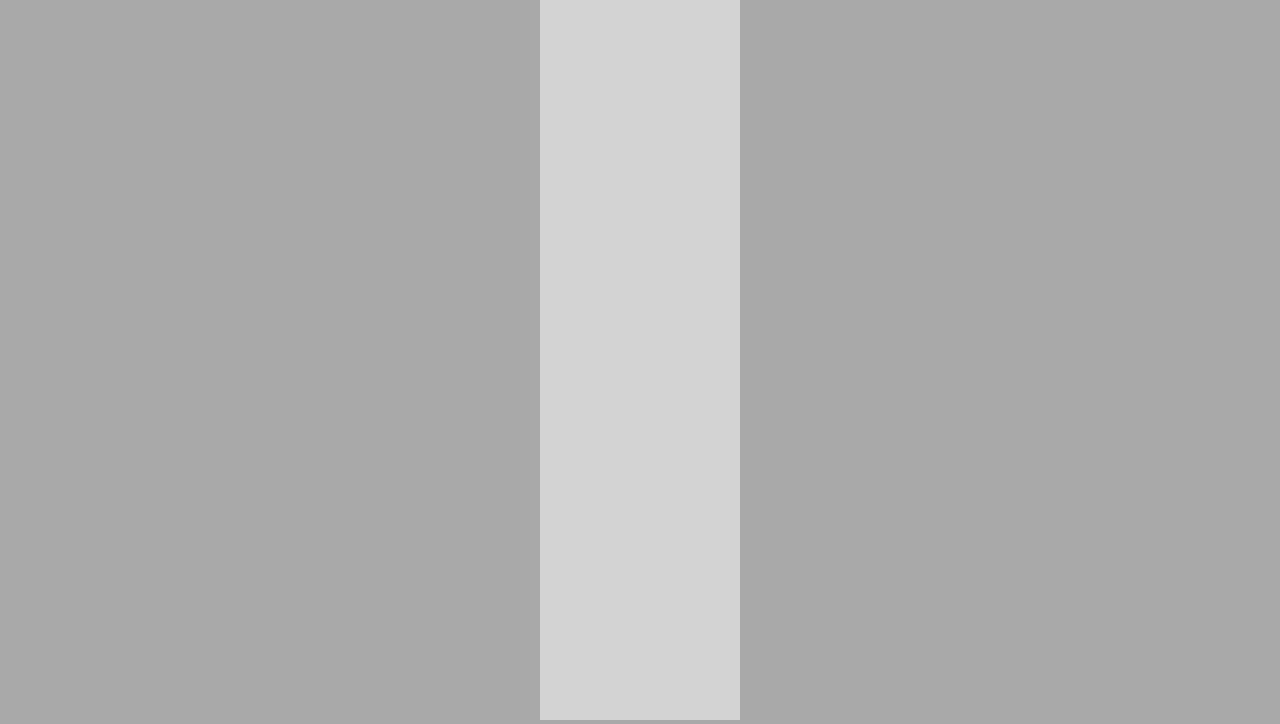
Repository: anonymous1508/Free_roam_car
Page: index.html
An editor plug-in stored every save of this project. The page is shown before and after the next save, followed by the edit.
The browser window is 1280 px wide. The pictures show the whole page.

Above is the page before, as saved 2023-09-03 10:13:42.
Console error: ReferenceError: Car is not defined

### index.html
<!DOCTYPE html>
<html lang="en">
<head>
    <meta charset="UTF-8">
    <meta name="viewport" content="width=device-width, initial-scale=1.0">
    <link rel="stylesheet" href="style.css">
    <title>car-driving</title>
</head>
<body>
    <canvas id="myCanvas"></canvas>


 <script src="main.js"></script>
 <script src="car.js"></script>

</body>
</html>

### style.css
body{
    margin:0;
    background:darkgray;
    overflow: hidden;
    text-align: center;
}
#myCanvas{
    background: lightgray;

}

### main.js
const canvas=document.getElementById("myCanvas");
canvas.height=window.innerHeight;
canvas.width=200;


const ctx=canvas.getContext("2d");
const car=new Car(100,100,30,50);
car.draw(ctx);

### car.js
class Car{
    constructor(x,y,width,height){
        this.x=x;
        this.y=y;
        this.width=width;
        this.height=height;
        this.controls=new Controls();
    }
    draw(ctx){
        ctx.beginPath();
        ctx.rect(
            this.x-this.width/2,
            this.y-this.height/2,
            this.width,
            this.height

        );
        ctx.fill();
    }
}

After the next save:
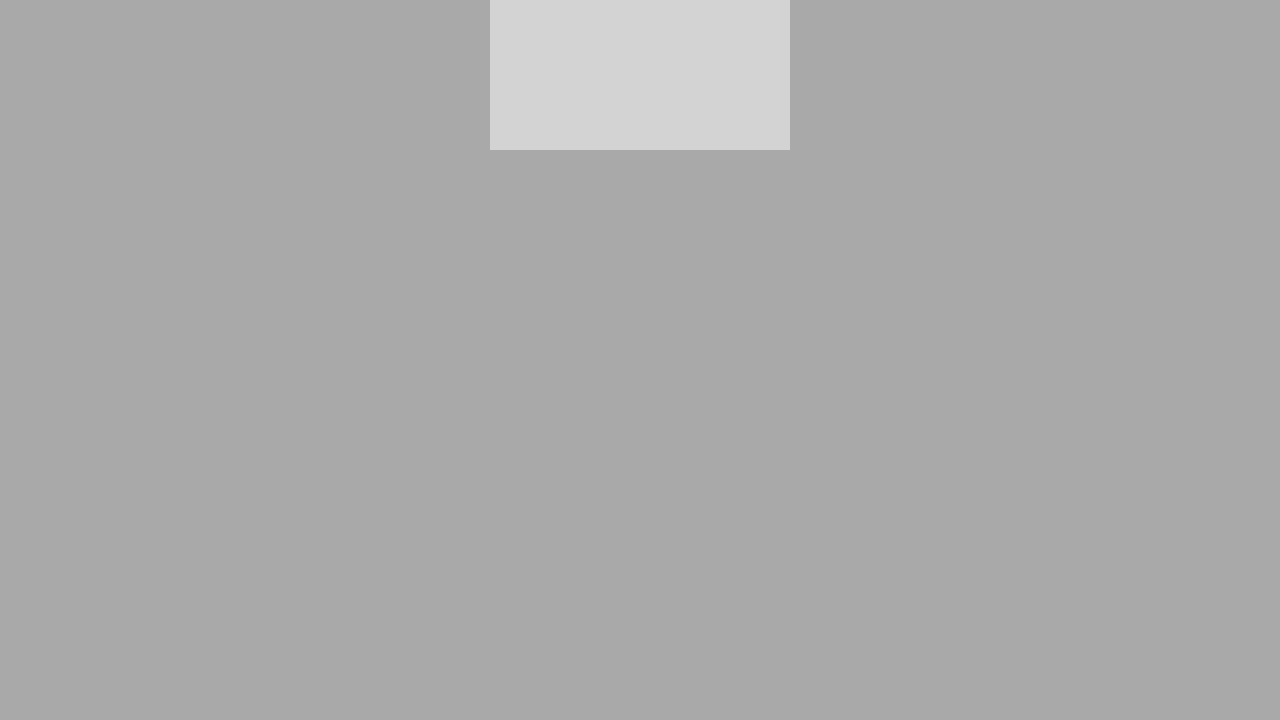
Console error: SyntaxError: Cannot use import statement outside a module
Saved 57 s later.
--- a/main.js
+++ b/main.js
@@ -1,3 +1,5 @@
+import Car from 'car.js';
+
 const canvas=document.getElementById("myCanvas");
 canvas.height=window.innerHeight;
 canvas.width=200;

After the 4 saves that followed:
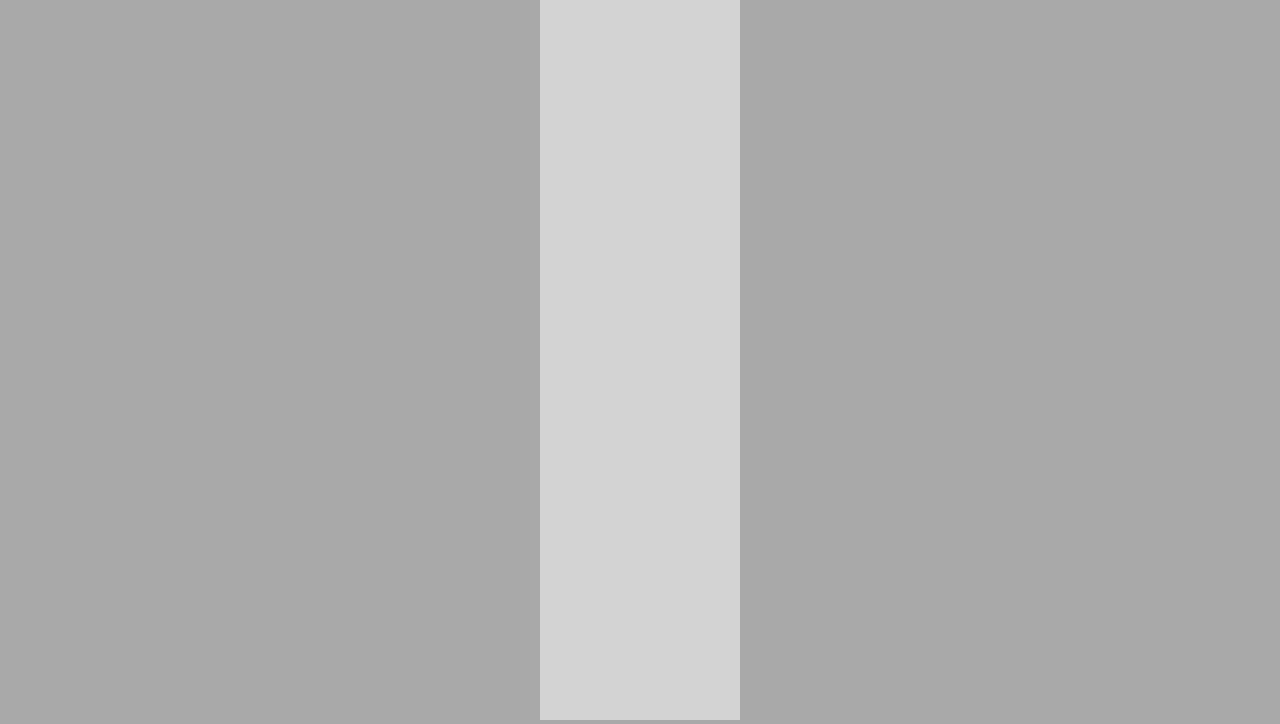
Console error: ReferenceError: Car is not defined
The 4 saves are shown as one change because 2 left the picture as it was and some came seconds apart.
The last was saved 2 min 41 s later.
--- a/main.js
+++ b/main.js
@@ -1,4 +1,4 @@
-import Car from 'car.js';
+
 
 const canvas=document.getElementById("myCanvas");
 canvas.height=window.innerHeight;
